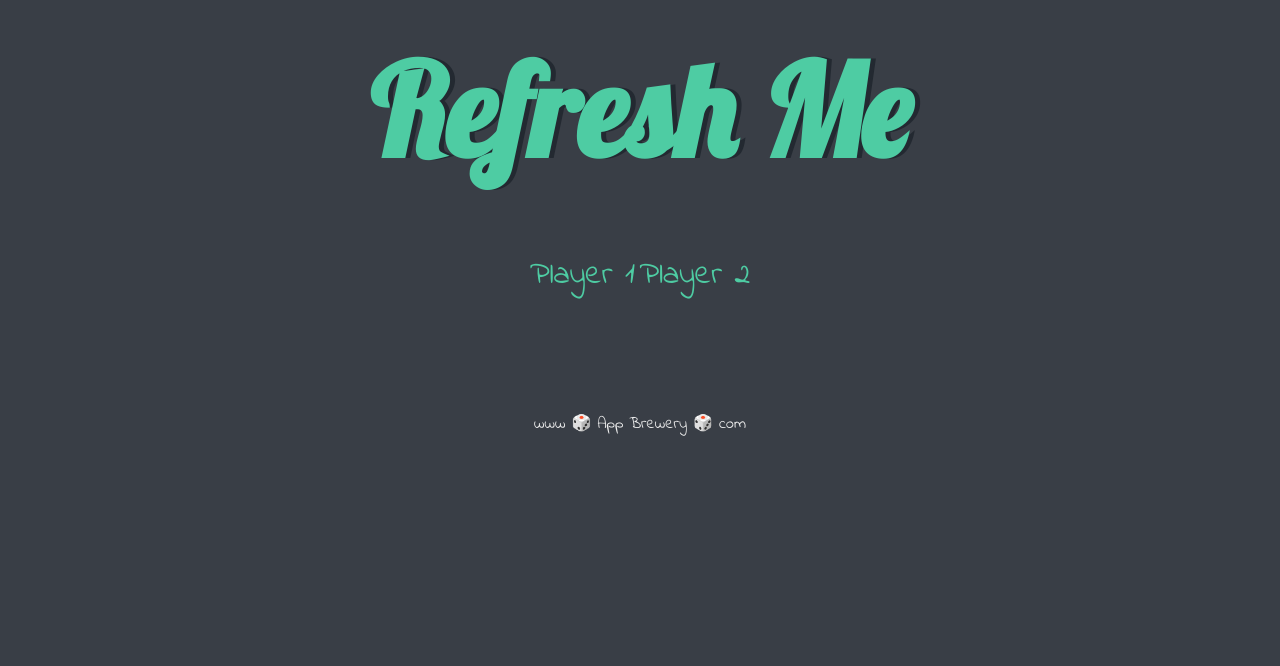
Repository: Vickydew1/Dice
Page: dicee.html
These files come from the project's save history. The page is drawn as it stood at one moment and after the next save; the edit follows.
The browser window is 1280 px wide. The pictures show the whole page.

Above is the page before, as saved 2022-01-27 23:17:39.

After the next save:
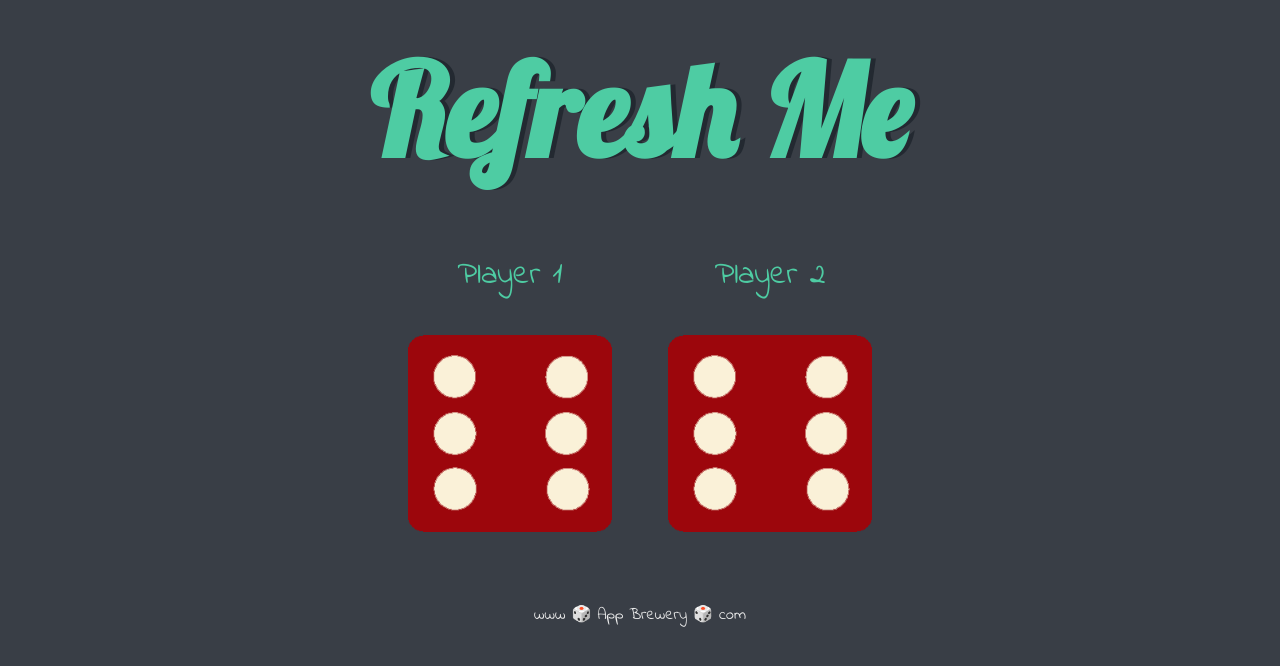
Saved 116 s later.
--- a/dicee.html
+++ b/dicee.html
@@ -15,12 +15,12 @@
 
       <div class="dice">
         <p>Player 1</p>
-        <img class="img1" src="" />
+        <img class="img1" src="images/dice6.png" />
       </div>
 
       <div class="dice">
         <p>Player 2</p>
-        <img class="img2" src="" />
+        <img class="img2" src="images/dice6.png" />
       </div>
     </div>
   </body>
